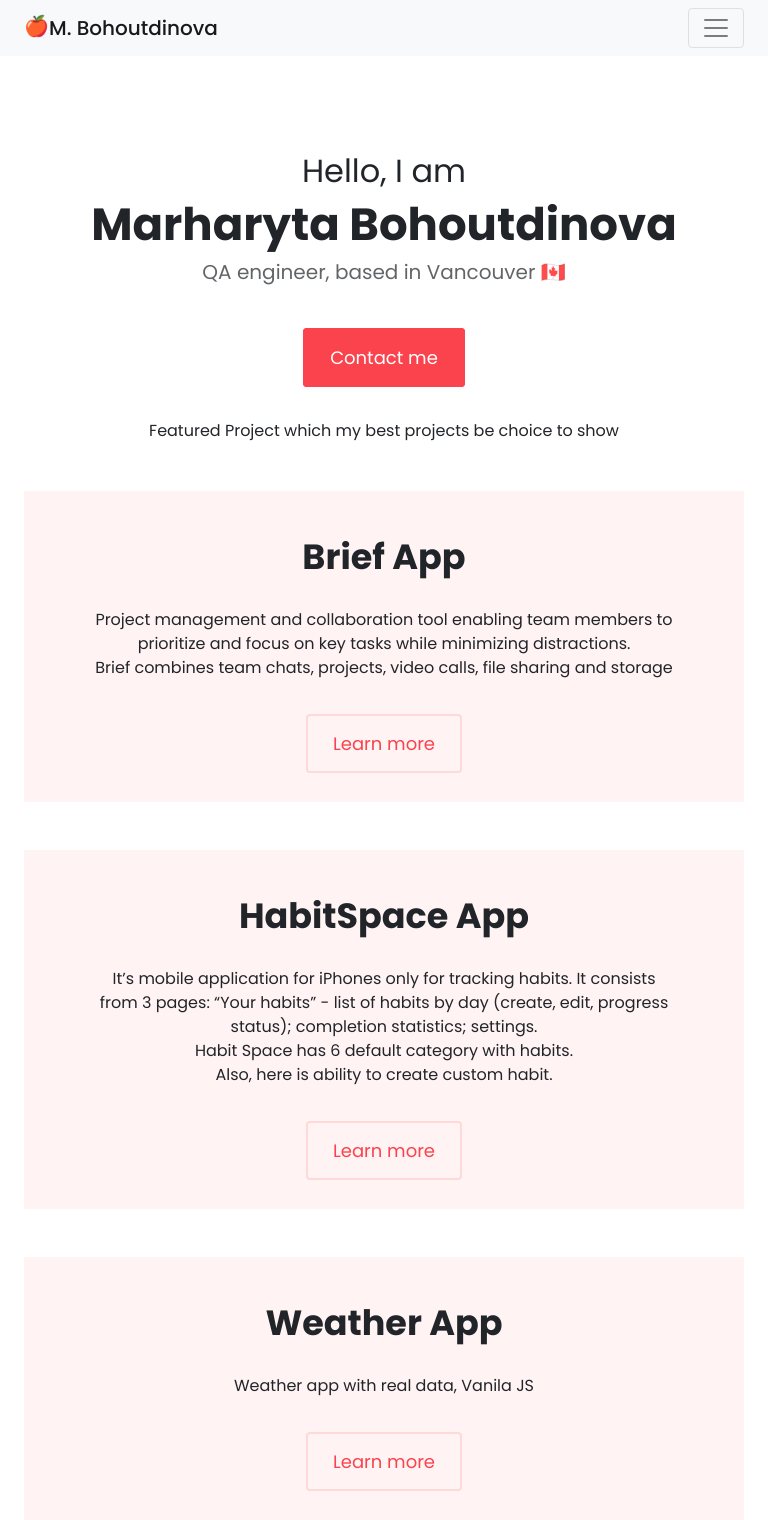
Repository: Bohoutdinova/Portfolio_week-4
Page: index.html
These files come from the project's save history. The page is drawn as it stood at one moment and after the next save; the edit follows.
The browser window is 768 px wide. The pictures show the whole page.

Above is the page before, as saved 2022-08-11 19:36:50.

### index.html
<!DOCTYPE html>
<html lang="en">
  <head>
    <meta charset="UTF-8" />
    <meta http-equiv="X-UA-Compatible" content="IE=edge" />
    <meta name="viewport" content="width=device-width, initial-scale=1.0" />
    <title>M. Bohoutdinova - QA engineer</title>
    <meta
      name="description"
      content="M. Bohoutdinova - QA engineer, situated in Vancouver"
    />
    <link
      rel="stylesheet"
      href="https://cdn.jsdelivr.net/npm/bootstrap@4.3.1/dist/css/bootstrap.min.css"
      integrity="sha384-ggOyR0iXCbMQv3Xipma34MD+dH/1fQ784/j6cY/iJTQUOhcWr7x9JvoRxT2MZw1T"
      crossorigin="anonymous"
    />
    <script
      src="https://code.jquery.com/jquery-3.3.1.slim.min.js"
      integrity="sha384-q8i/X+965DzO0rT7abK41JStQIAqVgRVzpbzo5smXKp4YfRvH+8abtTE1Pi6jizo"
      crossorigin="anonymous"
    ></script>
    <script
      src="https://cdn.jsdelivr.net/npm/popper.js@1.14.7/dist/umd/popper.min.js"
      integrity="sha384-UO2eT0CpHqdSJQ6hJty5KVphtPhzWj9WO1clHTMGa3JDZwrnQq4sF86dIHNDz0W1"
      crossorigin="anonymous"
    ></script>
    <script
      src="https://cdn.jsdelivr.net/npm/bootstrap@4.3.1/dist/js/bootstrap.min.js"
      integrity="sha384-JjSmVgyd0p3pXB1rRibZUAYoIIy6OrQ6VrjIEaFf/nJGzIxFDsf4x0xIM+B07jRM"
      crossorigin="anonymous"
    ></script>
    <link rel="stylesheet" href="/src/style.css" />
    <link rel="preconnect" href="https://fonts.googleapis.com" />
    <link rel="preconnect" href="https://fonts.gstatic.com" crossorigin />
    <link rel="preconnect" href="https://fonts.googleapis.com" />
    <link rel="preconnect" href="https://fonts.gstatic.com" crossorigin />
    <link
      href="https://fonts.googleapis.com/css2?family=Abril+Fatface&family=Poppins:wght@100;400;500;700&display=swap"
      rel="stylesheet"
    />
  </head>
  <body>
    <nav class="navbar navbar-expand-lg navbar-light bg-light">
      <div class="container">
        <a class="navbar-brand" href="/index.html" title="Homepage"
          >M. Bohoutdinova</a
        >
        <button
          class="navbar-toggler"
          type="button"
          data-toggle="collapse"
          data-target="#navbarNav"
          aria-controls="navbarNav"
          aria-expanded="false"
          aria-label="Toggle navigation"
        >
          <span class="navbar-toggler-icon"></span>
        </button>
        <div class="collapse navbar-collapse" id="navbarNav">
          <ul class="navbar-nav">
            <li class="nav-item active">
              <a class="nav-link" href="/index.html" title="Homepage"
                >Homepage <span class="sr-only">(current)</span></a
              >
            </li>
            <li class="nav-item">
              <a class="nav-link" href="#" title="About M. Bohoutdinova"
                >About me</a
              >
            </li>
            <li class="nav-item">
              <a class="nav-link" href="#" title="Contact with M. Bohoutdinova"
                >Contacts</a
              >
            </li>
          </ul>
        </div>
      </div>
    </nav>
    <div class="container mt-5">
      <div class="row">
        <div class="col d-none d-lg-block">
          <img
            src="/images/photo.jpg"
            alt="My photo"
            width="400"
            class="img-fluid rounded"
          />
        </div>
        <div class="col hero-page mt-5">
          <h2>Hello, I am</h2>
          <h1 class="name">Marharyta Bohoutdinova</h1>
          <h3>QA engineer, based in Vancouver 🇨🇦</h3>
          <a href="#" class="contact-me rounded" title="Contact me"
            >Contact me</a
          >
        </div>
      </div>
      <p class="about-app mt-5">
        Featured Project which my best projects be choice to show
      </p>
      <div class="row mt-5">
        <div class="col d-none d-lg-block">
          <img
            src="/images/Brief.jpeg"
            alt="Brief-app"
            class="img-fluid"
            width="500"
          />
        </div>
        <div class="col app">
          <div class="app-description">
            <h2 class="app-name">Brief App</h2>
            <p class="app-description-p">
              Project management and collaboration tool enabling team members to
              prioritize and focus on key tasks while minimizing distractions.
              <br />
              Brief combines team chats, projects, video calls, file sharing and
              storage
            </p>
            <a
              href="https://fog-leaf-033.notion.site/Brief-project-3a08bc24c317428387abc1d3a0c38bfe"
              class="app-link rounded"
              title="Brief - learn more"
              target="_blank"
              >Learn more</a
            >
          </div>
        </div>
      </div>

      <div class="row mt-5">
        <div class="col app">
          <div class="app-description">
            <h2 class="app-name">HabitSpace App</h2>
            <p class="app-description-p">
              It’s mobile application for iPhones only for tracking habits. It
              consists from 3 pages: “Your habits” - list of habits by day
              (create, edit, progress status); completion statistics; settings.
              <br />Habit Space has 6 default category with habits. <br />
              Also, here is ability to create custom habit.
            </p>
            <a
              href="https://fog-leaf-033.notion.site/Habit-Space-project-0ca4871f7ebe4eb3bdfdc0d34e2a29ba"
              class="app-link rounded"
              title="Brief - learn more"
              target="_blank"
              >Learn more</a
            >
          </div>
        </div>
        <div class="col d-none d-lg-block">
          <img
            src="/images/Habit_space.jpeg"
            alt="HabitSpace-app"
            class="img-fluid"
            width="500"
          />
        </div>
      </div>

      <div class="row mt-5">
        <div class="col d-none d-lg-block">
          <img
            src="/images/Weather-app.png"
            alt="Weather-app"
            class="img-fluid"
            width="500"
          />
        </div>
        <div class="col app">
          <div class="app-description">
            <h2 class="app-name">Weather App</h2>
            <p class="app-description-p">
              Weather app with real data, Vanila JS
            </p>
            <a
              href="https://sprightly-kitsune-79868f.netlify.app/"
              class="app-link rounded"
              title="Brief - learn more"
              target="_blank"
              >Learn more</a
            >
          </div>
        </div>
      </div>
    </div>
  </body>
</html>

### src/style.css
:root {
  --main-family-font: "Poppins", sans-serif;
  --main-color: #fa434c;
}
body {
  font-family: var(--main-family-font);
}

.navbar-brand {
  position: relative;
  padding-left: 25px;
  font-weight: 500;
}

.navbar-brand:before {
  position: absolute;
  content: "🍎";
  left: 0;
  top: 3px;
}

.navbar-brand:hover:before {
  content: "🍏";
}
.hero-page {
  text-align: center;
}

h2 {
  font-weight: 400;
}
h1 {
  font-weight: 700;
  font-size: 65px;
}
h3 {
  font-size: 25px;
  font-weight: 400;
  opacity: 70%;
}
.hero-page h3 {
  margin-bottom: 60px;
}
img {
  display: block;
  margin: 0 auto;
  text-align: center;
}
.col-sm-6 {
  padding: 0;
}
.contact-me {
  padding: 15px 25px;
  background-color: var(--main-color);
  color: white;
  font-size: 18px;
  border: 2px solid var(--main-color);
}
.contact-me:hover {
  color: var(--main-color);
  background-color: white;
  border-color: var(--main-color);
  text-decoration: none;
}
.about-app {
  text-align: center;
}
.app-name {
  font-size: 35px;
  font-weight: 700;
}
.app {
  background-color: rgb(255, 216, 216, 30%);
}
.app-description {
  padding: 15px 25px;
  margin: 30px;
  text-align: center;
}
.app-description-p {
  margin-top: 30px;
  margin-bottom: 50px;
}
.app-link {
  color: var(--main-color);
  padding: 15px 25px;
  font-size: 18px;
  border: 2px solid rgb(255, 216, 216);
}
.app-link:hover {
  text-decoration: none;
  color: black;
}
@media (max-width: 900px) {
  h1 {
    font-size: 45px;
  }
  h3 {
    font-size: 20px;
  }
}

After the next save:
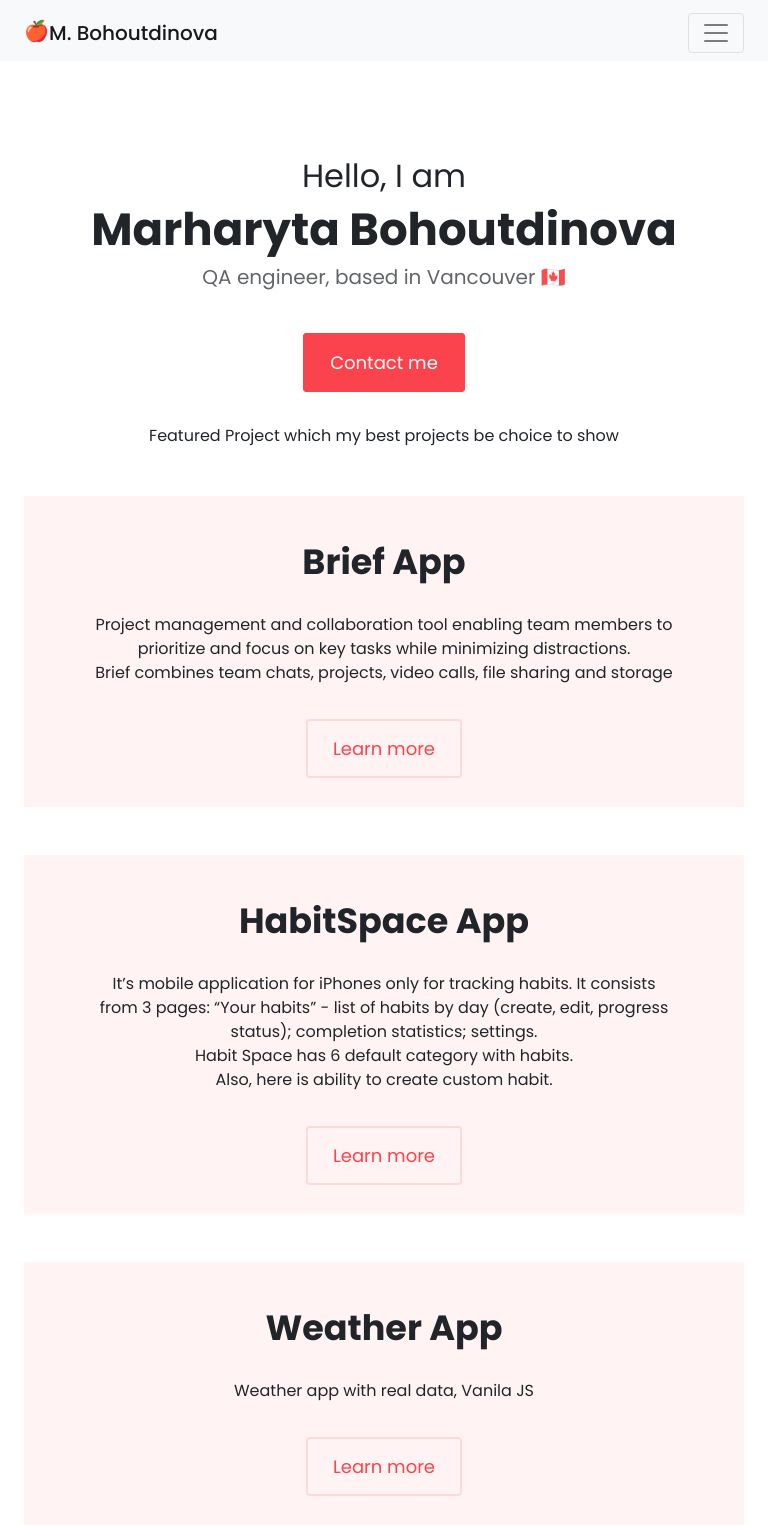
Saved 47 s later.
--- a/src/style.css
+++ b/src/style.css
@@ -98,4 +98,7 @@
   h3 {
     font-size: 20px;
   }
+  .container {
+    margin-top: 5px;
+  }
 }

After the save that followed:
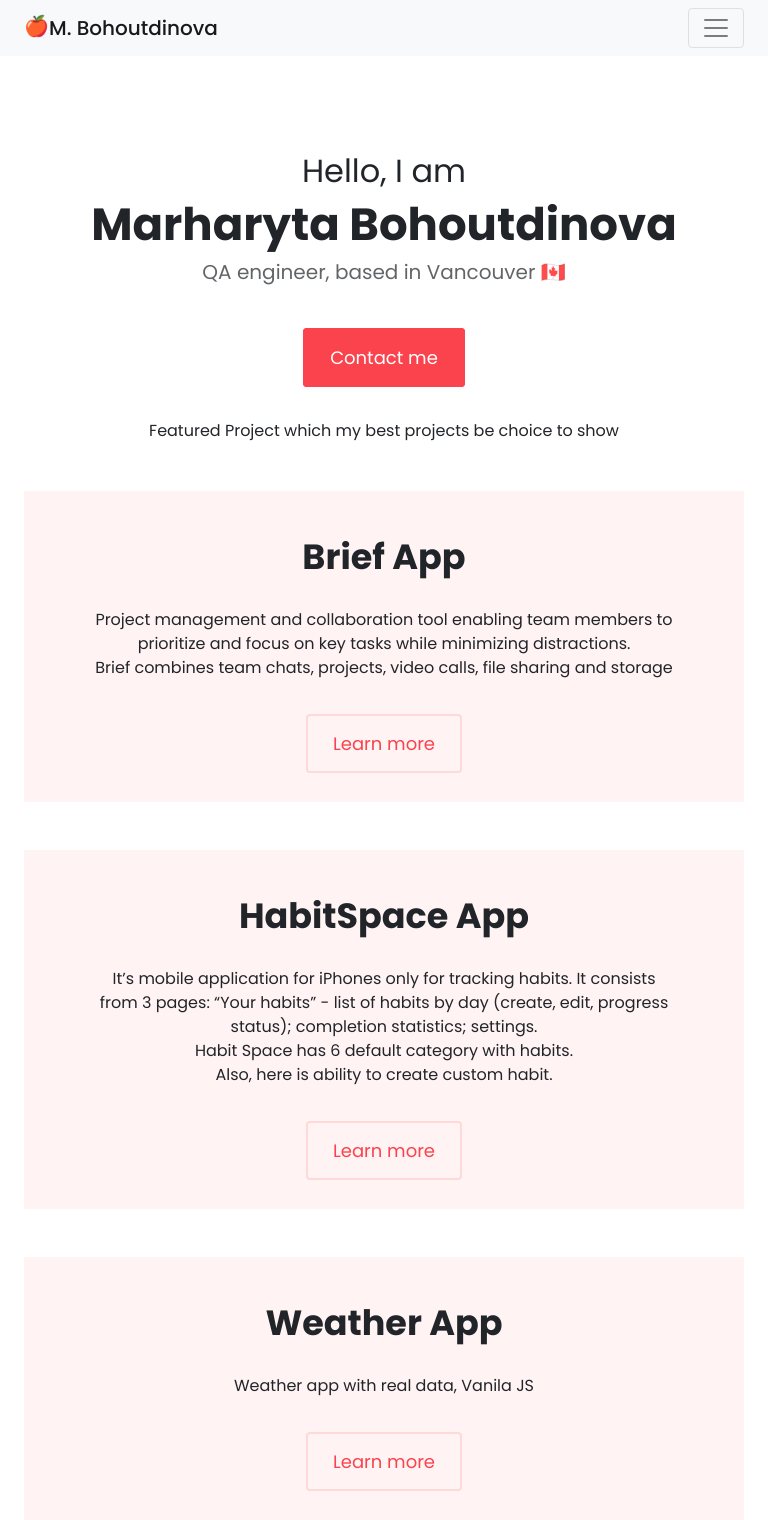
Saved 43 s later.
--- a/src/style.css
+++ b/src/style.css
@@ -98,7 +98,7 @@
   h3 {
     font-size: 20px;
   }
-  .container {
+  .row {
     margin-top: 5px;
   }
 }
